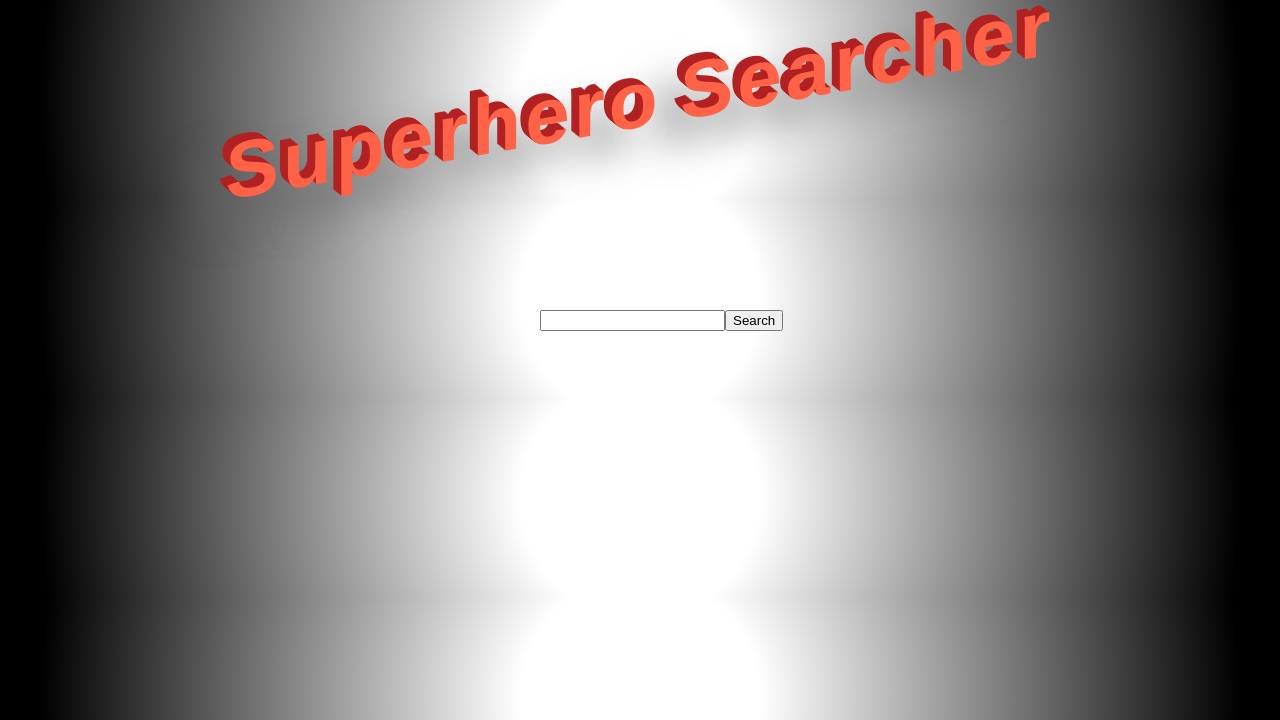
Repository: savi1623/SuperheroSearcher
Page: / (app in my-app/)
The author's editor kept a copy of each file at every save. The page is drawn from the files as they stood at one save, then again after the next save.
The browser window is 1280 px wide. The pictures show the whole page.
The project was rebuilt for these pictures with package versions that can differ from the ones it lists, and the page was loaded fresh each time. Also part of the build but not shown: my-app/src/SuperImage/SuperImage.scss, my-app/src/SuperImage/SuperImage.js, my-app/src/Stats/Stats.scss, my-app/src/Stats/Stats.js, my-app/src/Biography/Biography.scss, my-app/src/Biography/Biography.js, my-app/src/Apperance/Apperance.scss, my-app/src/Apperance/Apperance.js and 8 more.

Above is the page before, as saved 2020-02-28 10:42:14.

After the next save:
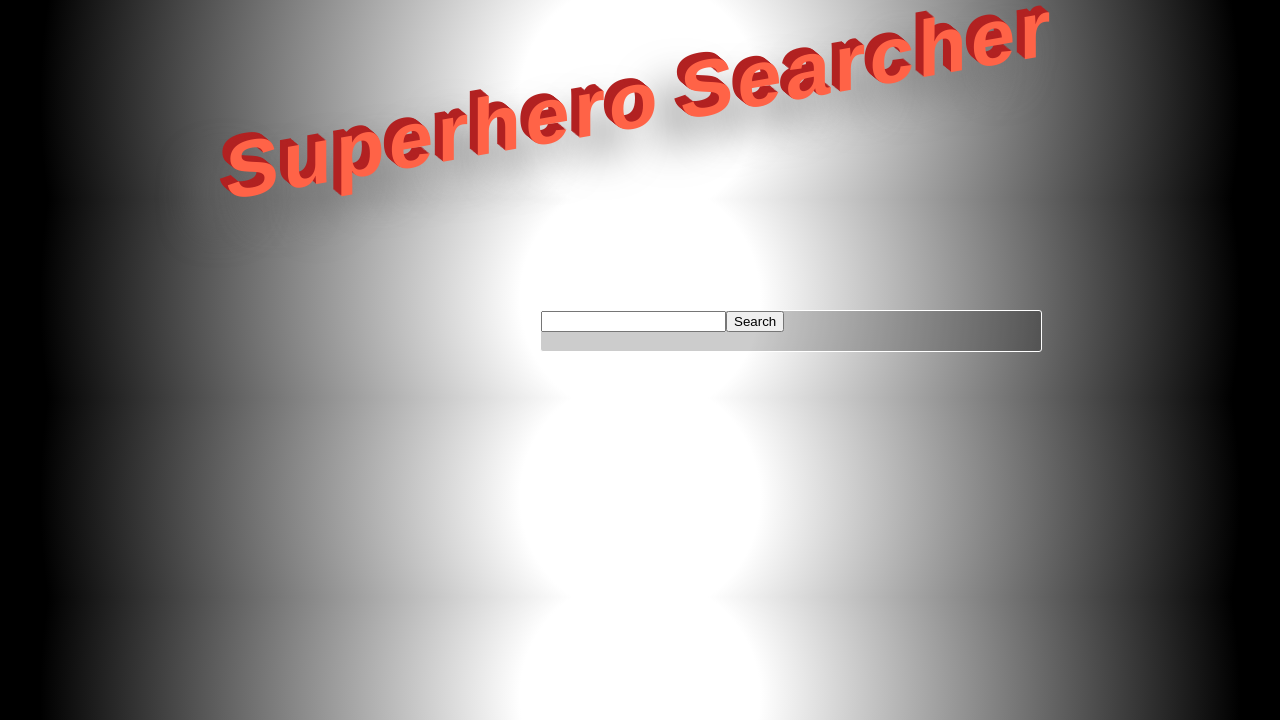
Saved 4 min 45 s later.
--- a/my-app/src/App/App.scss
+++ b/my-app/src/App/App.scss
@@ -29,8 +29,13 @@
   left: 50%;
   margin-top: -50px;
   margin-left: -100px;
-  height: 50px;
-  width: 300px;
+  width: 500px;
+  height: 40px;
+  // margin: 150px auto;
+  background: #444;
+  background: rgba(0,0,0,.2);
+  border-radius:  3px;
+  border: 1px solid #fff;
 }
 
 
